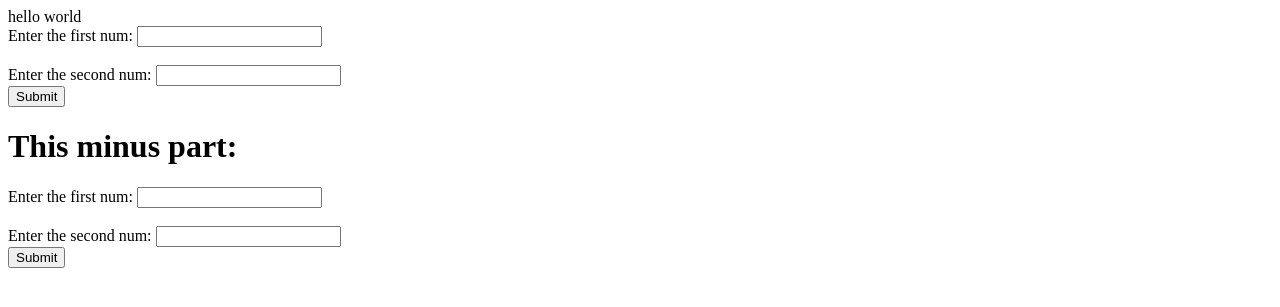
Repository: shakil51298/JSP_PROJECT
Page: DemoProject/src/main/webapp/index.html
An editor plug-in stored every save of this project. The page is shown before and after the next save, followed by the edit.
The browser window is 1280 px wide. The pictures show the whole page.

Above is the page before, as saved 2022-02-28 16:07:11.

After the next save:
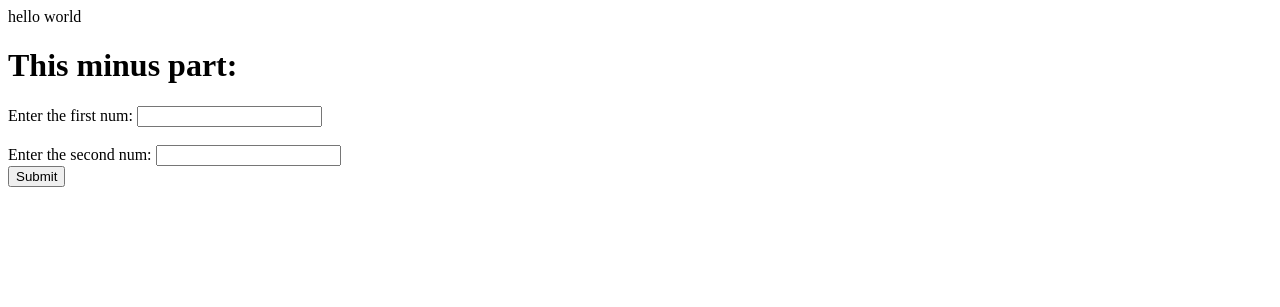
Saved 9 min 17 s later.
--- a/DemoProject/src/main/webapp/index.html
+++ b/DemoProject/src/main/webapp/index.html
@@ -2,13 +2,7 @@
 <html>
 <body>
 hello world
-<form action="add">
-Enter the first num: <input type="text" name="num1"/> <br/>
-<br/>
-Enter the second num: <input type="text" name="num2"/>
-<br/>
-<input type ="submit">
-</form>
+
  <h1>This minus part: </h1>
 <form action="minus">
 Enter the first num: <input type="text" name="num1"/> <br/>

After the save that followed:
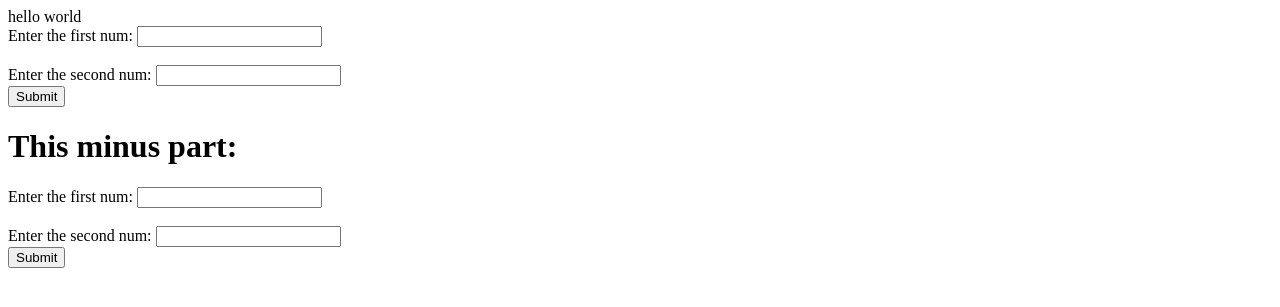
Saved 37 s later.
--- a/DemoProject/src/main/webapp/index.html
+++ b/DemoProject/src/main/webapp/index.html
@@ -2,7 +2,13 @@
 <html>
 <body>
 hello world
-
+<form action="add">
+Enter the first num: <input type="text" name="num1"/> <br/>
+<br/>
+Enter the second num: <input type="text" name="num2"/>
+<br/>
+<input type ="submit">
+</form>
  <h1>This minus part: </h1>
 <form action="minus">
 Enter the first num: <input type="text" name="num1"/> <br/>
